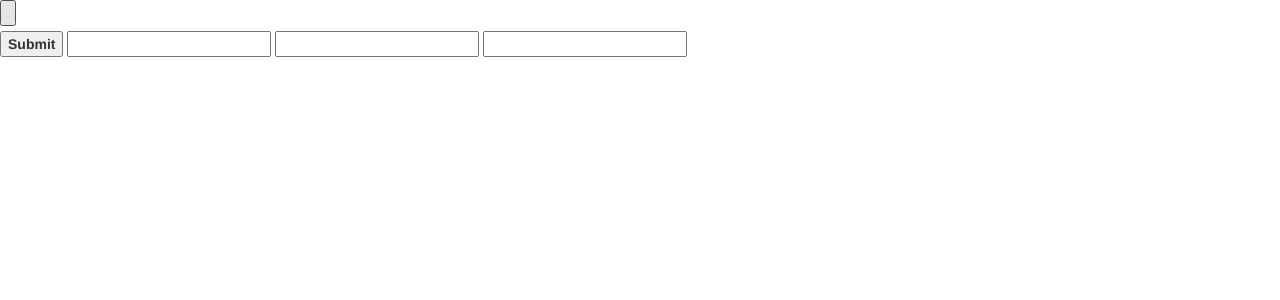
Repository: ManojAndroid/WellcomeToAndroidApp
Page: AddressBook_App/Bootstrap_Project/WebContent/index.html
These files come from the project's save history. The page is drawn as it stood at one moment and after the next save; the edit follows.
The browser window is 1280 px wide. The pictures show the whole page.

Above is the page before, as saved 2017-04-18 11:25:40.
Console error (its wording comes from the project's code and is left out).

After the next save:
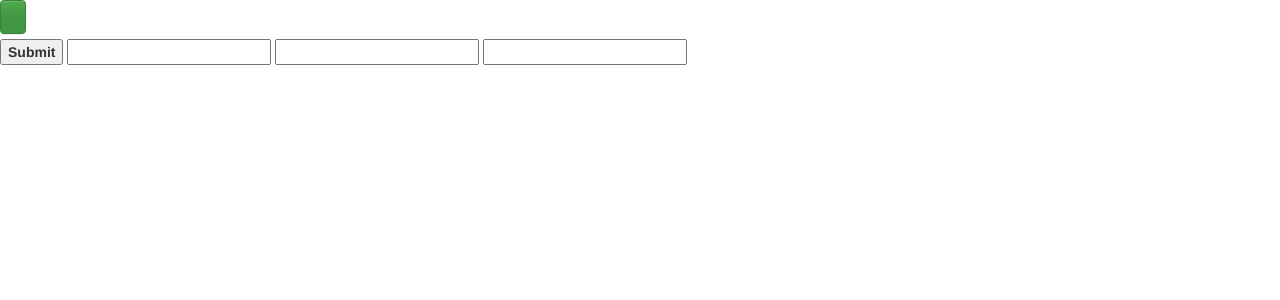
Saved 25 s later.
--- a/AddressBook_App/Bootstrap_Project/WebContent/index.html
+++ b/AddressBook_App/Bootstrap_Project/WebContent/index.html
@@ -19,7 +19,7 @@
 </head>
 <body>
 <form action="">
-<label><input type="button" class=""btn btn-success""></label>
+<label><input type="button" class="btn btn-success"></label>
 <br/>
 <label><input type="submit"></label>
 <label><input type="AddPerson"></label>
